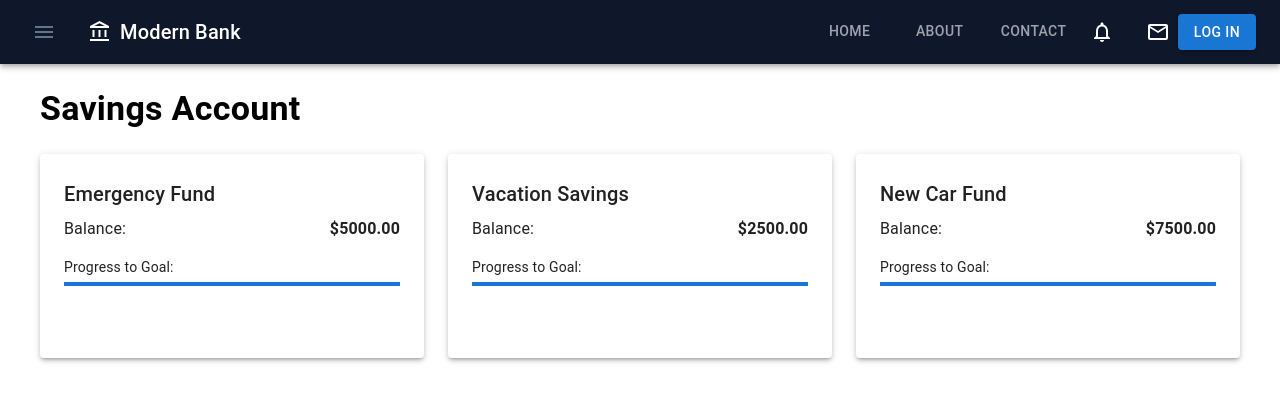
Repository: MohammadMazloum123/Moder-Bank-Full-Stack-Project
Page: /savings-account (app in Desktop/front-modernbank/front-modernbank/)
These files come from the project's save history. The page is drawn as it stood at one moment and after a run of saves; the edit follows.
The browser window is 1280 px wide. The pictures show the whole page.
The project was rebuilt for these pictures with package versions that can differ from the ones it lists, and the page was loaded fresh each time. Also part of the build but not shown: Desktop/front-modernbank/front-modernbank/src/components/HomePage.jsx, Desktop/front-modernbank/front-modernbank/src/transactions/NewTransaction.tsx, Desktop/front-modernbank/front-modernbank/src/transactions/TransactionsHistory.tsx.

Above is the page before, as saved 2024-11-18 17:27:03.

### Desktop/front-modernbank/front-modernbank/public/index.html
<!DOCTYPE html>
<html lang="en">
  <head>

    <meta charset="utf-8" />
    <link rel="icon" href="%PUBLIC_URL%/favicon.ico" />
    <meta name="viewport" content="width=device-width, initial-scale=1" />
    <meta name="theme-color" content="#000000" />
    <meta
      name="description"
      content="Web site created using create-react-app"
    />
    <link rel="apple-touch-icon" href="%PUBLIC_URL%/logo192.png" />

    <link rel="manifest" href="%PUBLIC_URL%/manifest.json" />

    <title>Modern Bank App</title>
    <style>
      body{
        margin: 0;
        padding: 0;
        box-sizing: border-box;
      }
    </style>
  </head>
  <body>
    <noscript>You need to enable JavaScript to run this app.</noscript>
    <div id="root"></div>
  </body>
</html>

### Desktop/front-modernbank/front-modernbank/src/App.js
import React from "react";
import { Box} from "@mui/material";
import NavBar from "./components/NavBar";
import {BrowserRouter as Router} from "react-router-dom";
import AppRoutes from "./route/AppRoutes.tsx";


function App() {
  return (
    <Router>
      <Box>
        <NavBar/>
      </Box>
      <AppRoutes/>
    </Router>
  );
}

export default App;

### Desktop/front-modernbank/front-modernbank/src/components/NavBar.jsx
import { AppBar, Toolbar, Typography, Tabs, Tab, Button, Box } from '@mui/material'
import React, { useState } from 'react'
import DrawerComp from '../DrawerComp';
import NotificationsNoneOutlinedIcon from '@mui/icons-material/NotificationsNoneOutlined';
import EmailOutlinedIcon from '@mui/icons-material/EmailOutlined';
import { AccountBalanceOutlined } from '@mui/icons-material';
import { Link } from 'react-router-dom';

const NavBar = () => {
    const [value, setvalue] = useState();
return (
    <AppBar position='sticky' sx={{bgcolor:"#0f172a"}}>
        <Toolbar>

                <DrawerComp/>
                <Box display="flex" alignItems="center" flex={3} ml={3}>
                    <AccountBalanceOutlined fontSize='medium' sx={{ color: "white", mr: 1 }} />
                        <Typography variant='h6' color='inherit'>
                            Modern Bank
                        </Typography>
                </Box>
            <Box display="flex" flex={0.7} justifyContent="center">
                <Tabs
                textColor='inherit'
                indicatorColor='secondary'
                value={value}
                onChange={(e, value) => setvalue(value)}
                >
                        <Tab LinkComponent={Link} to="/" label="Home"/>
                        <Tab label="About"/>
                        <Tab label="Contact"/>
                </Tabs>
            </Box>
            <Box display="flex" flex={0.4} alignItems="center" justifyContent="center">
                <NotificationsNoneOutlinedIcon sx={{mr:4}}/>
                <EmailOutlinedIcon/>
            </Box>
            <Box display="flex" justifyContent="flex-end">
                <Button sx={{marginLeft:'auto'}} variant='contained'>Log In</Button>
            </Box>
        </Toolbar>
    </AppBar>
)
}

export default NavBar

### Desktop/front-modernbank/front-modernbank/src/route/AppRoutes.tsx
import React from 'react'
import {Routes, Route} from "react-router-dom";
import HomePage from '../components/HomePage';
import NewTransaction from '../transactions/NewTransaction.tsx';
import TransactionsHistory from '../transactions/TransactionsHistory.tsx';
import SavingsAccount from '../savings/SavingsAccount.tsx';

const AppRoutes = () => {
    return (
        <Routes>
            <Route path='/' element={<HomePage/>}/>
            <Route path='/new-transactions' element={<NewTransaction/>}/>
            <Route path='/transactions-history' element={<TransactionsHistory/>}/>
            <Route path='/savings-account' element={<SavingsAccount/>}/>
        </Routes>
    )
}

export default AppRoutes

### Desktop/front-modernbank/front-modernbank/src/DrawerComp.jsx
import React, {useState} from 'react'
import MenuIcon from '@mui/icons-material/Menu';
import {
    Drawer,
    IconButton,
    List,
    ListItemButton,
    ListItemIcon,
    ListItemText,
    Typography,
    Collapse,
    Divider,
    Box,
    Switch
    } from '@mui/material';

import {
    ExpandLess,
    ExpandMore,
    AddOutlined,
    SavingsOutlined,
    HistoryOutlined,
    CreditCardOutlined,
    TrendingUpOutlined,
    AccountBalanceOutlined,
    PercentOutlined,
    AttachMoneyOutlined,
    ShowChartOutlined,
    LogoutOutlined,
} from "@mui/icons-material";
import { Link } from 'react-router-dom';


const DrawerComp = () => {
    const [OpenDrawer, setOpenDrawer] = useState(false);
      // Dropdown states
        const [transactionsOpen, setTransactionsOpen] = useState(false);
        const [savingsOpen, setSavingsOpen] = useState(false);
        const [expenseTracker, setExpenseTracker] = useState(false);

return (
    <>
        <Drawer
        open={OpenDrawer}
        onClose={() => setOpenDrawer(false)}
        sx={{padding: "16px"}}
        >
        <Typography
            variant="h6"
            sx={{
            padding: 2,
            textAlign: "center",
            bgcolor: "#0f172a",
            color: "white",
        }}
        >
            Modern Bank
        </Typography>
        <Divider/>

            <List sx={{p: 2 ,width:"340px"}}>
                {/* Account Transactions Dropdown */}
                <ListItemButton onClick={() => setTransactionsOpen(!transactionsOpen)}>
                    <ListItemIcon>
                        <CreditCardOutlined/>
                    </ListItemIcon>
                    <ListItemText primary="Transactions"/>
                    {transactionsOpen ? <ExpandLess/> : <ExpandMore/>}
                </ListItemButton>
                <Collapse in={transactionsOpen} timeout="auto" unmountOnExit>
                    <List component="div" disablePadding sx={{pl : 2}}>
                        <ListItemButton component={Link} to="/new-transactions">
                            <ListItemIcon>
                                <AddOutlined fontSize='small'/>
                            </ListItemIcon>
                        <ListItemText primary="New Transactions"/>
                        </ListItemButton>
                        <ListItemButton component={Link} to="/transactions-history">
                            <ListItemIcon>
                                <HistoryOutlined fontSize='small'/>
                            </ListItemIcon>
                        <ListItemText primary="Transactions History"/>
                        </ListItemButton>
                    </List>
                </Collapse>
                <Divider/>
                {/* Savings Dropdown */}
                <ListItemButton onClick={() => setSavingsOpen(!savingsOpen)}>
                    <ListItemIcon>
                        <SavingsOutlined fontSize='small'/>
                    </ListItemIcon>
                    <ListItemText primary="Savings"/>
                    {savingsOpen ? <ExpandLess/> : <ExpandMore/>}
                </ListItemButton>
                <Collapse in={savingsOpen} timeout="auto" unmountOnExit>
                    <List component="div" disablePadding sx={{pl : 2}}>
                        <ListItemButton component={Link} to="/savings-account">
                            <ListItemIcon>
                                <AccountBalanceOutlined fontSize='small'/>
                            </ListItemIcon>
                            <ListItemText primary="Savings Account"/>
                        </ListItemButton>
                        <ListItemButton>
                            <ListItemIcon>
                                <TrendingUpOutlined fontSize='small'/>
                            </ListItemIcon>
                            <ListItemText primary="Savings Goals"/>
                        </ListItemButton>
                        <ListItemButton>
                            <ListItemIcon>
                                <PercentOutlined fontSize='small'/>
                            </ListItemIcon>
                            <ListItemText primary="Interest Rate"/>
                        </ListItemButton>
                    </List>
                </Collapse>
                <Divider/>
            <ListItemButton onClick={() => setExpenseTracker(!expenseTracker)}>
                <ListItemIcon>
                    <AttachMoneyOutlined fontSize='small'/>
                </ListItemIcon>
                    <ListItemText primary="Expense Tracker" />
                    {transactionsOpen ? <ExpandLess/> : <ExpandMore/>}
            </ListItemButton>
            <Collapse in={expenseTracker} timeout="auto" unmountOnExit>
                <List component="div" disablePadding sx={{pl : 2}}>
                    <ListItemButton>
                        <ListItemIcon>
                            <ShowChartOutlined fontSize='small'/>
                        </ListItemIcon>
                        <ListItemText primary="Track Expenses"/>
                    </ListItemButton>
                </List>
            </Collapse>
              {/* Dark Mode Switch */}
        <Box display="flex" alignItems="center" mt={2}>
            <Typography variant="body1" sx={{ flexGrow: 1 }}>
                Dark Mode
            </Typography>
            <Switch
                inputProps={{ 'aria-label': 'Dark Mode Switch' }}
            />

            <ListItemButton>
                        <ListItemText primary="Log Out"/>
                        <ListItemIcon>
                            <LogoutOutlined/>
                        </ListItemIcon>
                    </ListItemButton>
        </Box>
            </List>
        </Drawer>
        {/* Drawer Toggle Button */}
        <IconButton onClick={() => setOpenDrawer(!OpenDrawer)}>
            <MenuIcon sx={{color:"#64748b"}}/>
        </IconButton>
    </>
)
}

export default DrawerComp

### Desktop/front-modernbank/front-modernbank/src/savings/SavingsAccount.tsx
import React, { useState } from 'react';
import {
    Typography,
    Box,
    Paper,
    Grid,
    Button,
    Table,
    TableBody,
    TableCell,
    TableContainer,
    TableHead,
    TableRow,
    LinearProgress,
    Chip,
    Dialog,
    DialogTitle,
    DialogContent,
    DialogActions,
    TextField,
} from '@mui/material';

// Mock data for demonstration
const mockSavingsAccounts = [
    { id: 1, name: 'Emergency Fund', balance: 5000, goal: 10000, interestRate: 1.5, lastTransaction: '2023-05-15' },
    { id: 2, name: 'Vacation Savings', balance: 2500, goal: 5000, interestRate: 2.0, lastTransaction: '2023-05-10' },
    { id: 3, name: 'New Car Fund', balance: 7500, goal: 15000, interestRate: 1.8, lastTransaction: '2023-05-20' },
];

const SavingsAccount = () => {
    const [openDialog, setOpenDialog] = useState(false);
    const [accounts, setAccounts] = useState(mockSavingsAccounts);
    const [newAccount, setNewAccount] = useState({name:'', goal:''})

    const handleOpenDialog = () => setOpenDialog(true);
    const handleCloseDialog = () => setOpenDialog(false);

    const handleAccount = () => {
        if(newAccount.name && newAccount.goal){
            const newAccountData = {
                id: accounts.length + 1,
                name: newAccount.name,
                balance: 0 ,
                goal: parseFloat(newAccount.name),
                interestRate : 1.5,
                lastTransaction: new Date().toISOString().split('T')[0],
            };
            setAccounts([...accounts, newAccountData]);
            setNewAccount({name:'', goal:''});
            handleCloseDialog();
        }
    };
return (
    <Box sx={{maxWidth:1200, mx:'auto', p:3}}>
        <Typography component="h1" variant='h4' gutterBottom sx={{fontWeight:'bold', mb:3}}>
            Savings Account
        </Typography>
        <Grid container spacing={3} sx={{mb:3}}>
            {accounts.map((account) =>(
                <Grid item xs={12} md={4} key={account.id}>
                    <Paper elevation={3} sx={{display:'flex', height:'100%', flexDirection:'column', p: 3}}>
                        <Typography variant='h6' gutterBottom>{account.name}</Typography>
                        <Box sx={{display:'flex', justifyContent:'space-between', mb:2}}>
                            <Typography variant='body1'>Balance:</Typography>
                            <Typography variant='body1' fontWeight='bold'>${account.balance.toFixed(2)}</Typography>
                        </Box>
                        <Box>
                            <Typography variant='body2' gutterBottom>Progress to Goal:</Typography>
                            <LinearProgress
                            variant='determinate'
                            value={(account.b)}
                            />
                        </Box>
                    </Paper>
                </Grid>
            ))}

        </Grid>
    </Box>
)
}

export default SavingsAccount

Loaded but not shown: Desktop/front-modernbank/front-modernbank/src/index.js (common file); Desktop/front-modernbank/front-modernbank/src/reportWebVitals.js (common file)

After the next 2 saves:
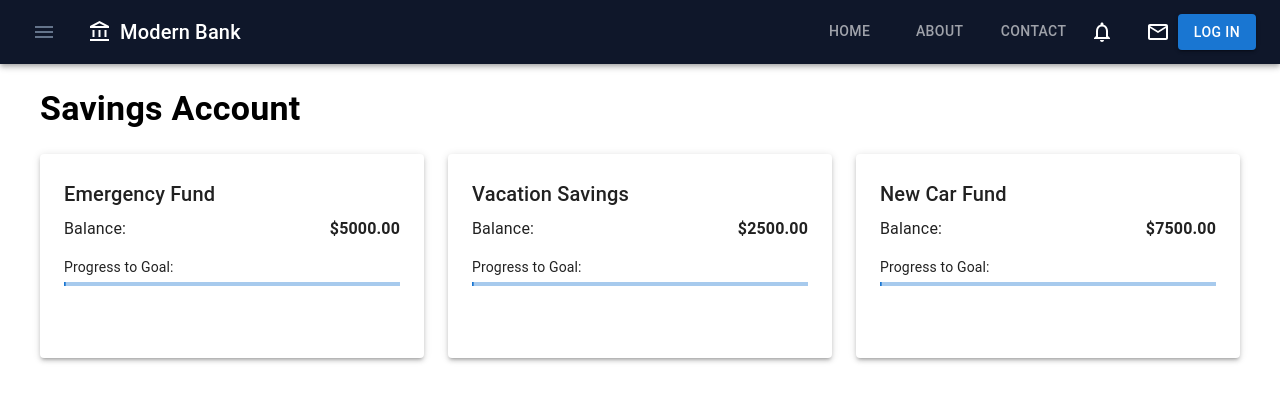
The 2 saves are shown as one change because they came seconds apart.
The last was saved 8 s later.
--- a/Desktop/front-modernbank/front-modernbank/src/savings/SavingsAccount.tsx
+++ b/Desktop/front-modernbank/front-modernbank/src/savings/SavingsAccount.tsx
@@ -68,7 +68,7 @@ return (
                             <Typography variant='body2' gutterBottom>Progress to Goal:</Typography>
                             <LinearProgress
                             variant='determinate'
-                            value={(account.b)}
+                            value={(account.balance / account.goal)}
                             />
                         </Box>
                     </Paper>
